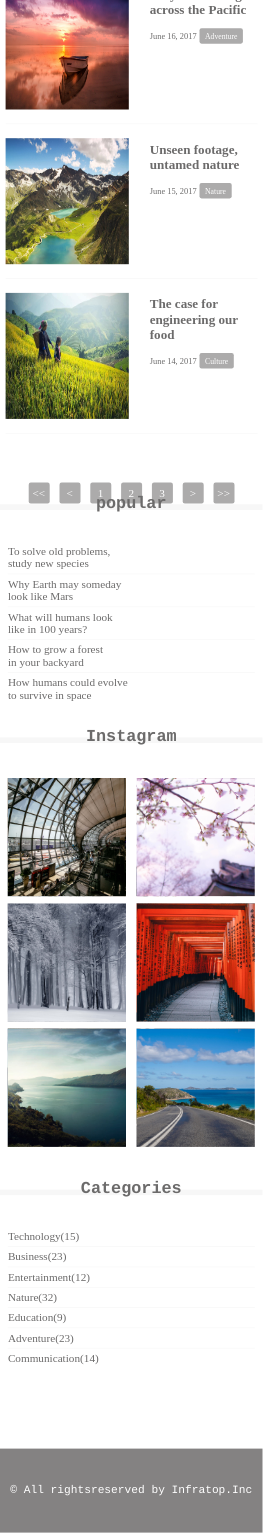
Repository: HaraTakae/kadai1-10
Page: caravan/index.html
The author's editor kept a record of every edit. The page is drawn from the files as they stood at one moment, then again after the next edit.
The browser window is 375 px wide. The pictures show the part of the page from y = 1078 to 3318 px (the page is 3268 px tall before and 3318 px after), at 70% of full size.
Some web libraries are served in a nearby version.

Above is the page before.

After the next edit:
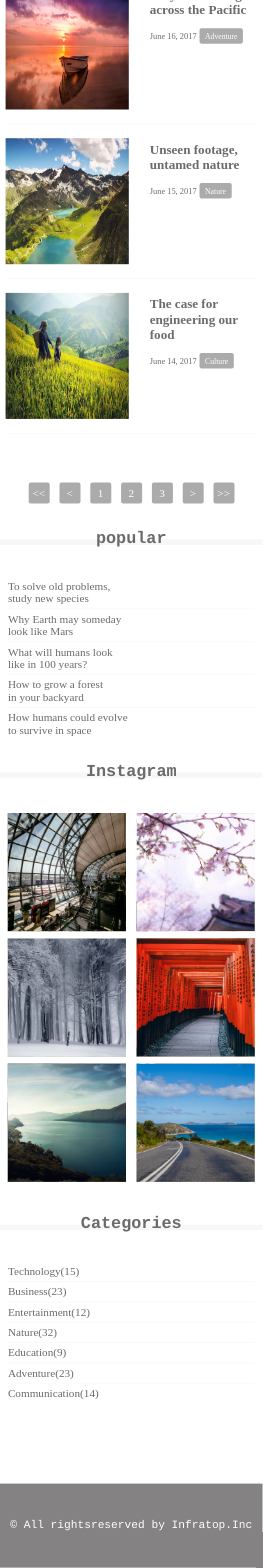
The edit:
--- a/caravan/style.css
+++ b/caravan/style.css
@@ -291,4 +291,8 @@
   .instagram-box:nth-child(odd) {
     margin-right: 4%;
   }
-}
+
+  .pagination {
+    margin-bottom: 50px;
+  }
+}
